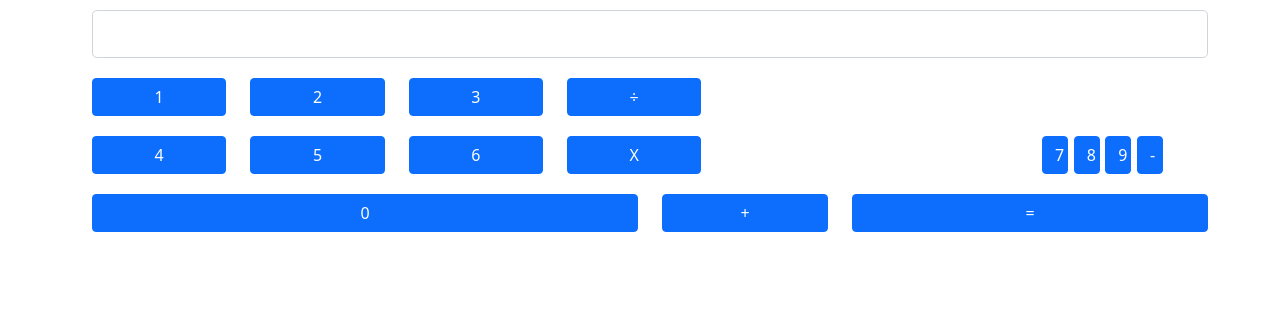
Repository: jsakdalan/CalculatorReactTypescript
Page: /
The author's editor kept a copy of each file at every save. The page is drawn from the files as they stood at one save, then again after the next save.
The browser window is 1280 px wide. The pictures show the whole page.
The project was rebuilt for these pictures with package versions that can differ from the ones it lists, and the page was loaded fresh each time. Also part of the build but not shown: src/App.css.

Above is the page before, as saved 2022-06-07 16:23:30.

After the next save:
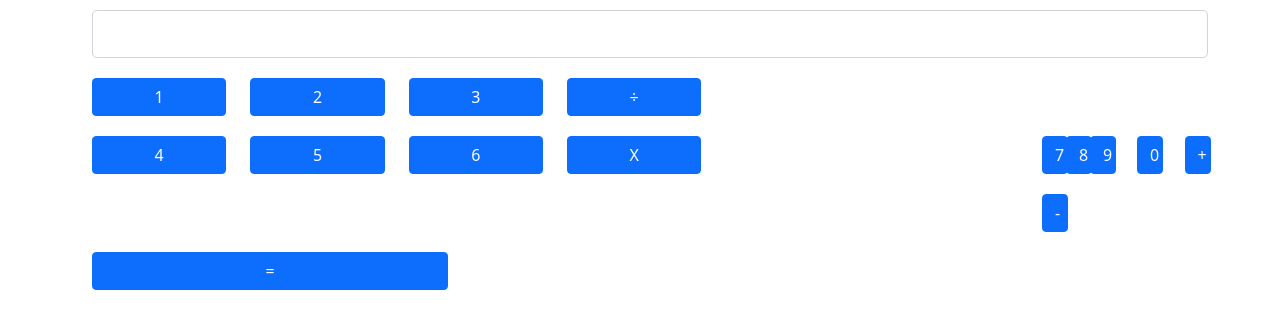
Saved 23 s later.
--- a/src/pages/Calculator.tsx
+++ b/src/pages/Calculator.tsx
@@ -68,9 +68,12 @@ export default function TextEditor(){
                             <Col md={2}><Buttons styling="operational" btnNumber="-"/></Col>
                         </Row>
                     </Col>
-
+                    <Col>
+                        <Row>
                             <Col md={6}><Buttons styling="numerical" btnNumber="0"/></Col>
                             <Col md={2}><Buttons styling="numerical" btnNumber="+"/></Col>
+                        </Row>
+                    </Col>
                     <Col md={4}><Buttons styling="numerical" btnNumber="="/></Col>
                 </Row>
             </Container>
